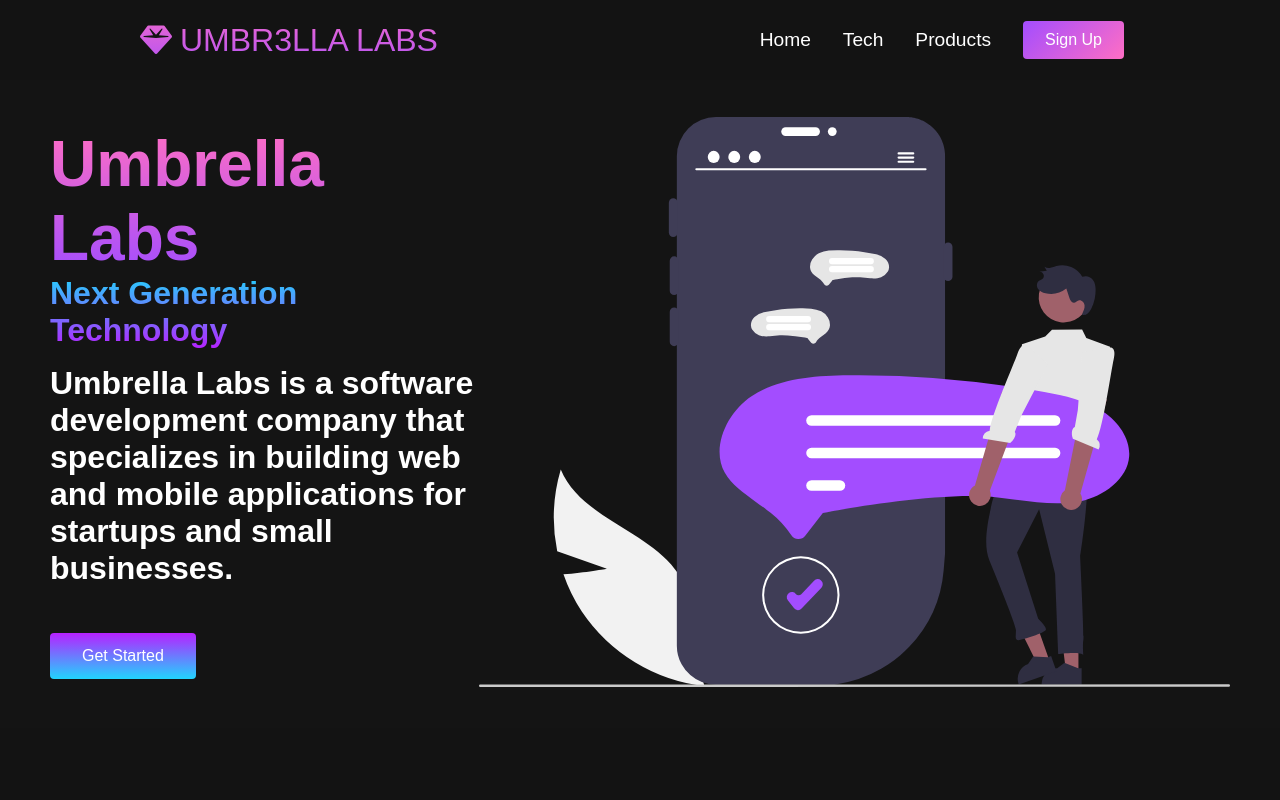
Repository: MikeeBuilds/umbr3lla
Page: index.html
The author's editor kept a copy of each file at every save. The page is drawn from the files as they stood at one save, then again after the next save.
The browser window is 1280 px wide. The pictures show the whole page.
The pointer rests on the first visible `.main__btn`.
Some web fonts or font styles are not loaded; a fallback is used. Some web libraries are served in a nearby version.

Above is the page before, as saved 2023-05-27 19:53:42.

After the next save:
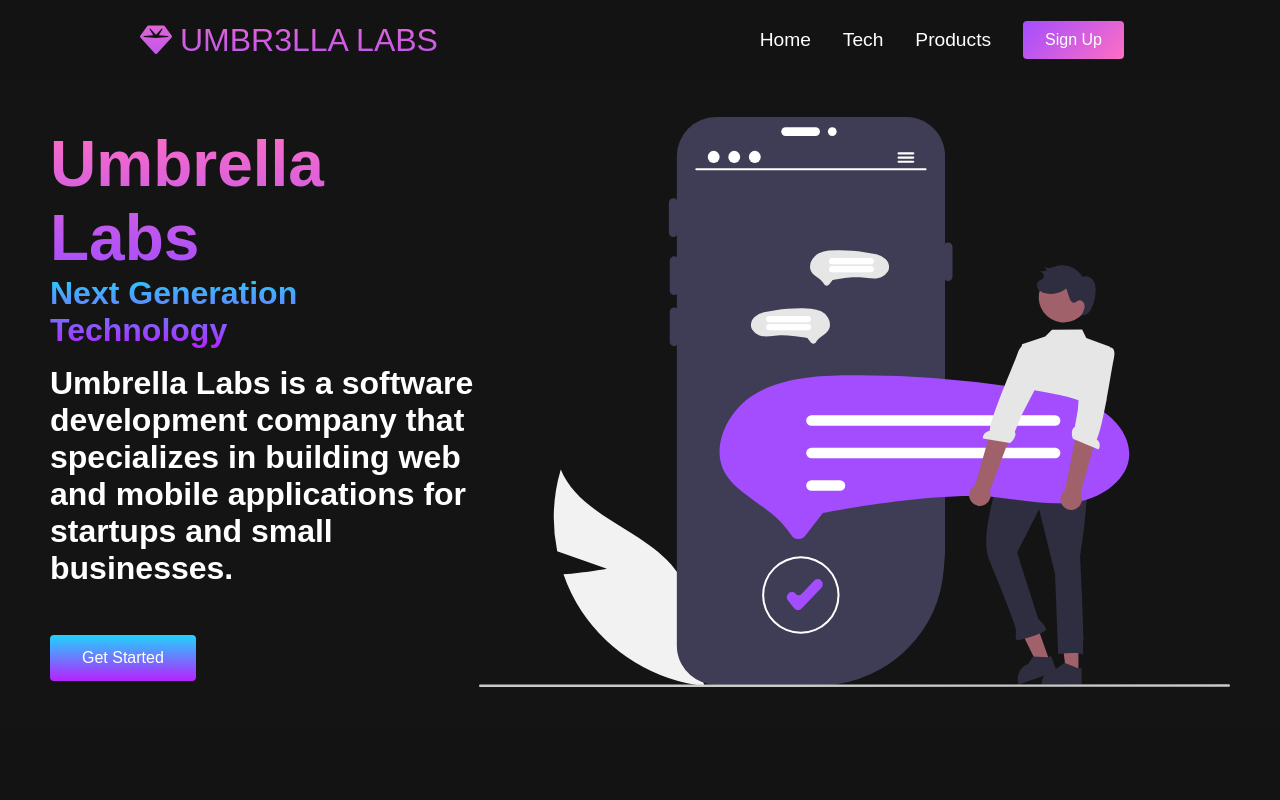
Saved 12 s later.
--- a/styles.css
+++ b/styles.css
@@ -275,10 +275,7 @@
     outline: none;
 }
 
-.main__btn:hover {
-    background-image: linear-gradient(to top, #21d4fd 0%, #b721ff 100%);
-    transform: translateY(-2px);
-}
+
 
 .main__btn a {
     position: relative;

After the save that followed:
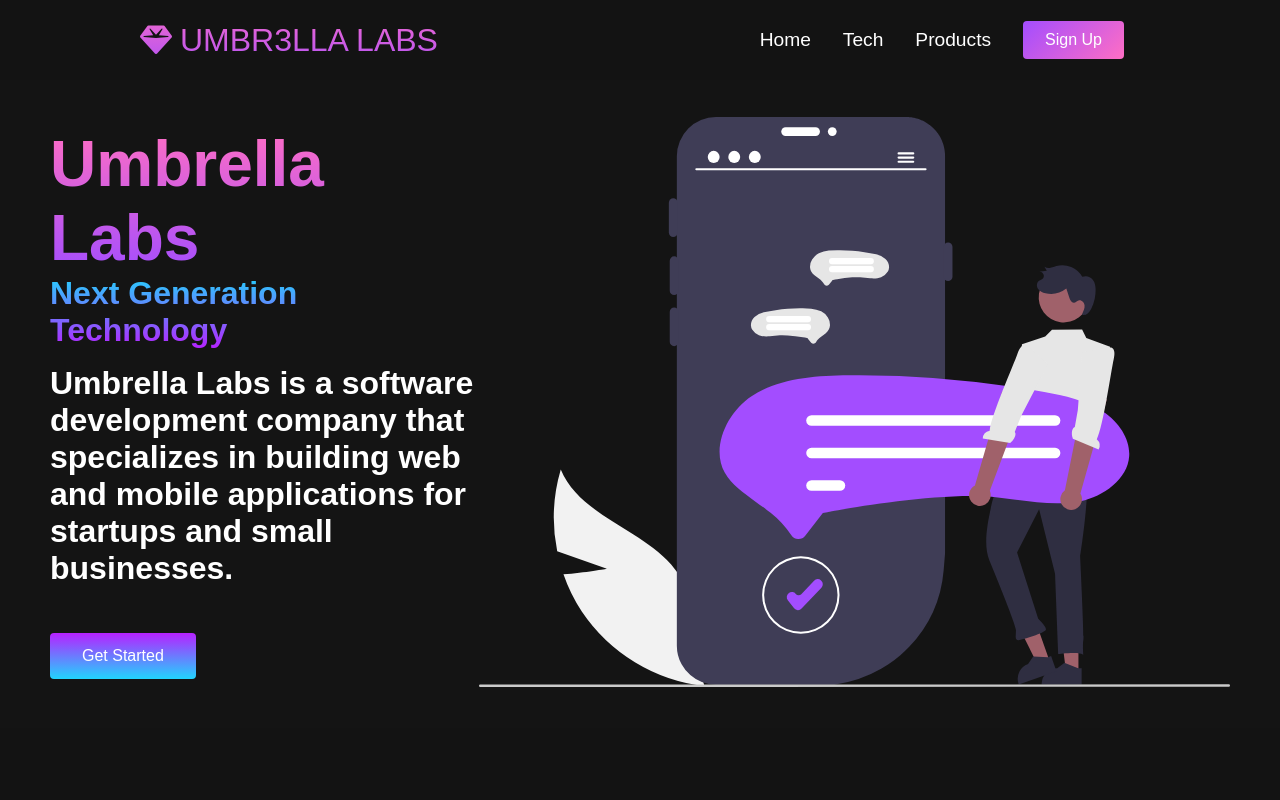
Saved 5 s later.
--- a/styles.css
+++ b/styles.css
@@ -275,7 +275,10 @@
     outline: none;
 }
 
-
+.main__btn:hover {
+    background-image: linear-gradient(to top, #21d4fd 0%, #b721ff 100%);
+    transform: translateY(-2px);
+}
 
 .main__btn a {
     position: relative;
